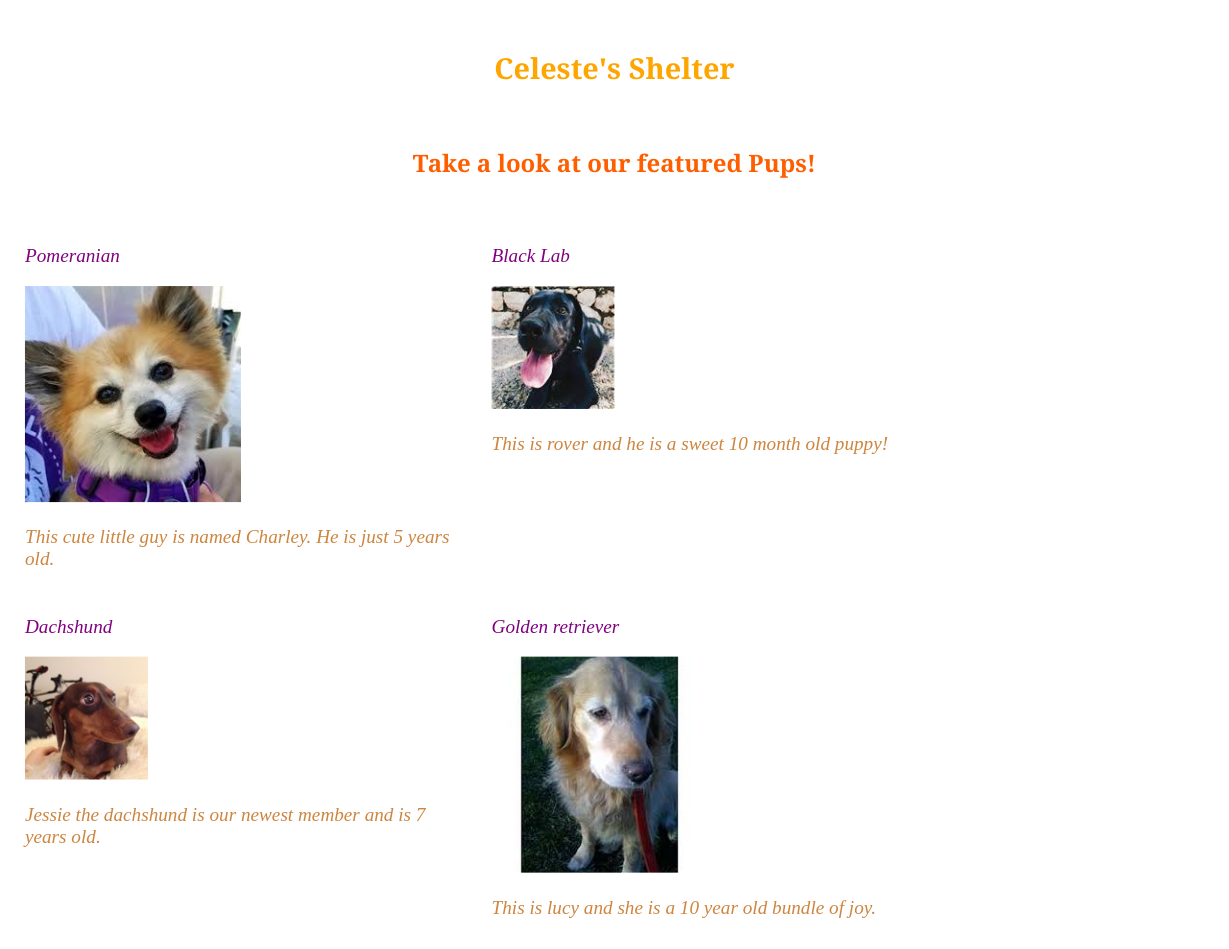
Repository: fieldceleste/animal-shelter
Page: animal-shelter.html
The author's editor kept a copy of each file at every save. The page is drawn from the files as they stood at one save, then again after the next save.
The browser window is 1280 px wide. The pictures show the whole page, at 96% of full size.

Above is the page before, as saved 2019-10-30 19:13:39.

### animal-shelter.html
<!DOCTYPE html>
  <html>
   <head>
  <link href="css/styles.css" rel="stylesheet" type="text/css">
  <title>Celeste's Animal Shelter</title>
</head>
<body>
    <h1>Celeste's Shelter</h1>
<h2>Take a look at our featured Pups!</h2>

<div class="column">
<p>Pomeranian</p>
<p><img src="img/pom.jpeg" alt="picture of pom"/></p>
<p><a>This cute little guy is named Charley. He is just 5 years old.</a></p>
</div>

<div class="column">
<p>Black Lab</p>
<p><img src="img/lab.jpeg" alt="picture of lab."/></p>
<p><a>This is rover and he is a sweet 10 month old puppy!</a></p>
</div>

<div class="column">
<p>Dachshund</p>
<p><img src="img/dach.jpeg" alt="picture of dachshund"/></p>
<p><a>Jessie the dachshund is our newest member and is 7 years old.</a></p>
</div>

<div class="column">
<p>Golden retriever</p>
<p><img src="img/golden.jpeg" alt="picture of golden retriever"/></p>
<p><a>This is lucy and she is a 10 year old bundle of joy.</a></p>
</div>


</body>
</html>

### css/styles.css

h1{
    font-family: Georgia, 'Times New Roman', Times, serif;
    font-size: 30px;
    color: orange;
    padding: 30px;
    text-align: center;
}
h2{
    font-family: Georgia, 'Times New Roman', Times, serif;
    font-size: 25px;
    color: rgb(255, 94, 0);
    padding: 10px;
    text-align: center;
}
h4{
     color: rgb(67, 182, 67);
     font-size: 20px;
     text-align: left;

}

 .column{
    float:left;
    width:450px;
    height:350px;
    padding:8px;
    margin: 10px;
    color:purple;
    font-style: oblique;

}
.column p a {
    color:peru

}
.column p {
    font-size: 20px;
}

After the next save:
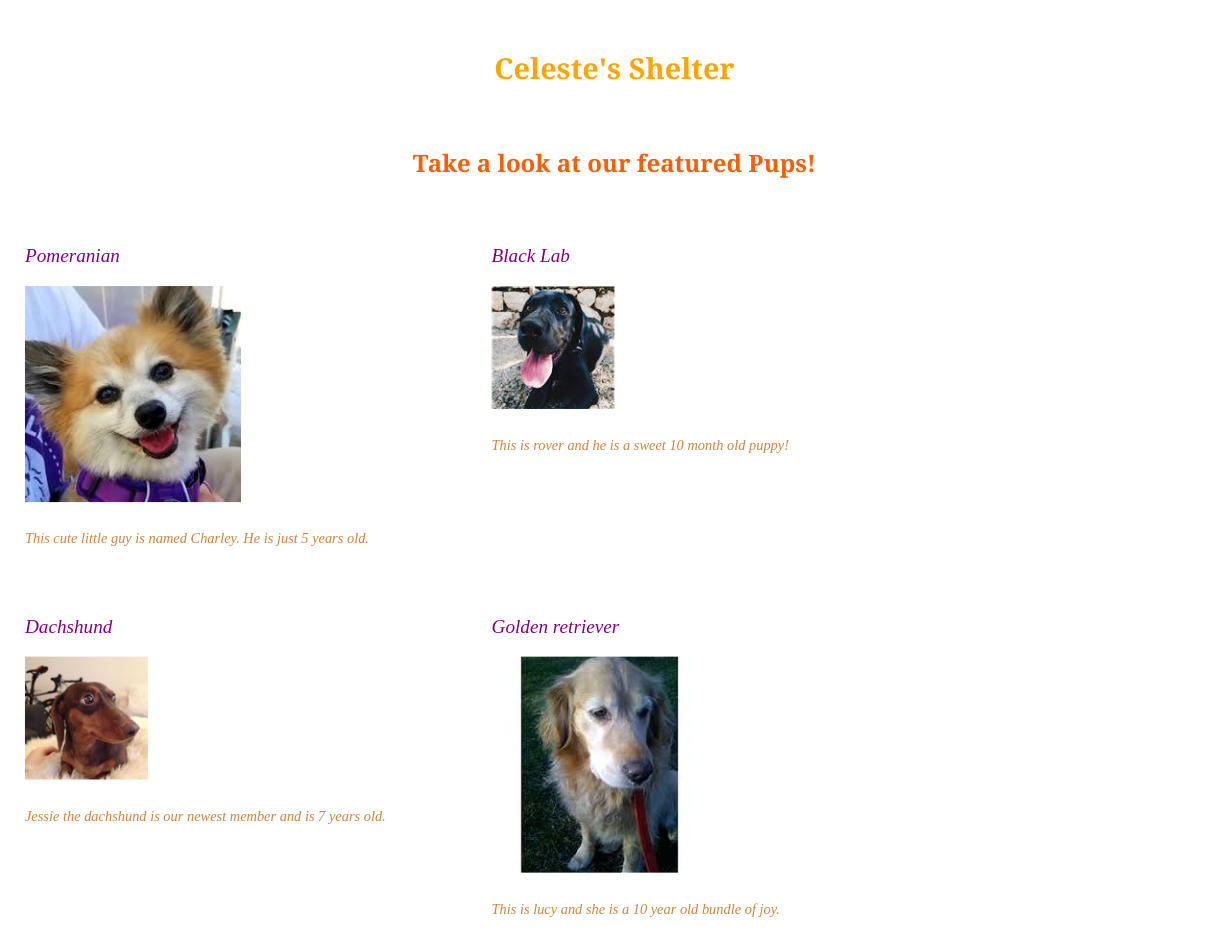
Saved 47 s later.
--- a/css/styles.css
+++ b/css/styles.css
@@ -31,7 +31,8 @@ h4{
 
 }
 .column p a {
-    color:peru
+    color:peru;
+    font-size:15px;
 
 }
 .column p {
